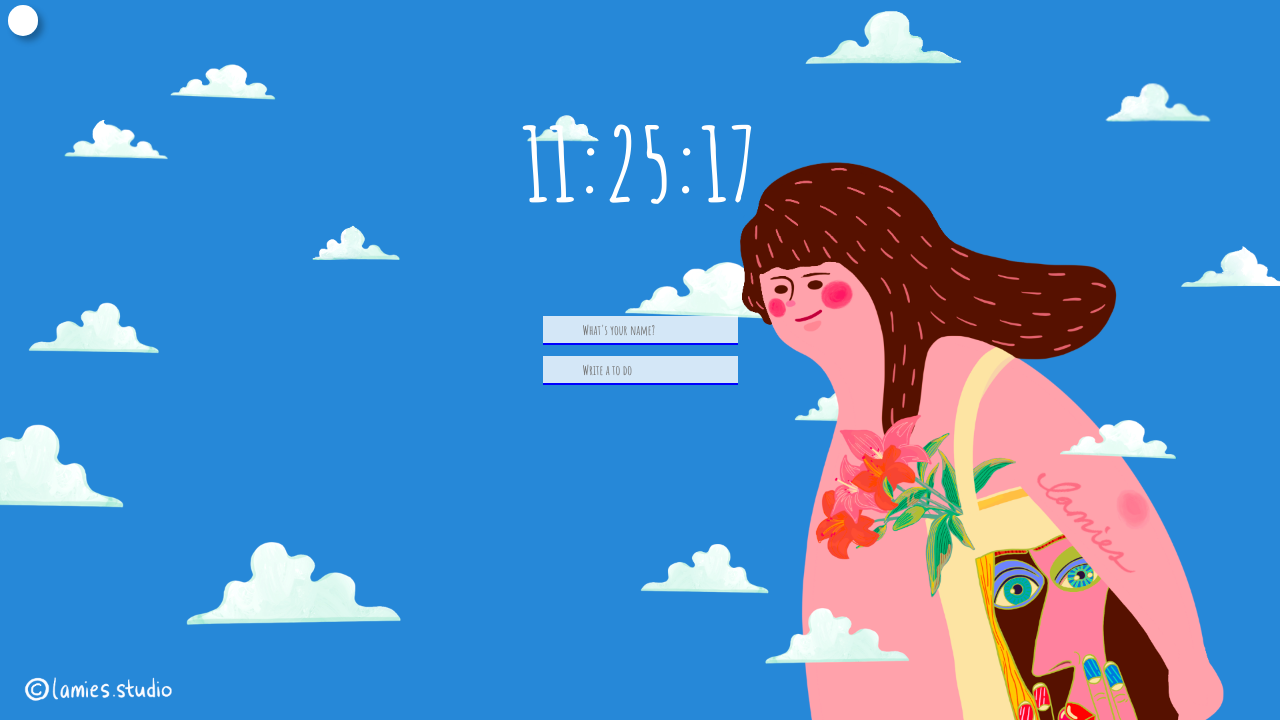
Repository: haleyjung/chrome_app
Page: index.html
The author's editor kept a copy of each file at every save. The page is drawn from the files as they stood at one save, then again after the next save.
The browser window is 1280 px wide. The pictures show the whole page.

Above is the page before, as saved 2020-11-23 16:21:21.

### index.html
<!DOCTYPE html>
<html lang="en">
<head>
    <meta charset="UTF-8" />
    <meta name="viewport" content="width=device-width, initial-scale=1.0">
    <title>Chrome App</title>
    <link rel="stylesheet" href="index.css">
</head>
<body>

    <div>
        <span class="js-weather"></span>
    </div>

    <main>
        <div class="js-clock">
            <h1>00:00</h1>
        </div>

        <div class="js-name name"></div>

        <div>
            <form class="js-form form">
                <input type="text" placeholder="What's your name?" />
            </form>
        </div>

        <h4 class="js-greetings greetings"></h4>

        <form class="js-toDoForm">
            <input type="text" placeholder="Write a to do" />
        </form>
        <ul class="js-toDoList">
        </ul>
    </main>

    <script src="js/clock.js"></script>
    <script src="js/greeting.js"></script>
    <script src="js/todo.js"></script>
    <script src="js/bg.js"></script>
    <script src="js/weather.js"></script>
</body>

### index.css
@import url("https://fonts.googleapis.com/css2?family=Amatic+SC:wght@400;700&display=swap");

* {
  font-family: "Amatic SC", cursive;
  font-weight: 700;
}

body {
  background-color: palevioletred;
  color: white;
  font-size: 20px;
}

main {
  display: flex;
  flex-direction: column;
  justify-content: center;
  align-items: center;
}

.js-weather {
  padding: 3px 15px;
  border-radius: 30px;
  font-weight: 400;
  color: rgba(0, 0, 0, 0.4);
  background-color: white;
  box-shadow: 5px 5px 6px 0px rgba(0, 0, 0, 0.3);
}

.js-weather:hover {
  cursor: default;
  color: red;
}

.js-clock {
  display: flex;
  justify-content: center;
  align-items: center;
  font-size: 50px;
}

.js-name {
  font-size: 40px;
  padding-bottom: 10px;
}

.js-form,
.js-toDoForm {
  background-color: none;
}

.btn {
  cursor: pointer;
}

input {
  border: none;
  outline: none;
  border-bottom: 2px solid blue;
  background-color: rgba(255, 255, 255, 0.8);
  padding: 5px 40px;
}

input[type="placeholder"] {
  text-align: center;
}

.form,
.greetings {
  display: none;
}

.showing {
  display: block;
}

@keyframes fadeIn {
  from {
    opacity: 0;
  }
  to {
    opacity: 1;
  }
}

.bgImage {
  position: absolute;
  top: 0;
  left: 0;
  width: 100%;
  height: 100%;
  z-index: -1;
  animation: fadeIn 0.5s linear;
}

### js/clock.js
const clockContainer = document.querySelector(".js-clock"),
    clockTitle = clockContainer.querySelector("h1");

function getTime() {
    const date = new Date();
    const minutes = date.getMinutes();
    const hours = date.getHours();
    const seconds = date.getSeconds();
    clockTitle.innerText = `${hours < 10 ? `0${hours}` : hours}:${
        minutes < 10 ? `0${minutes}` : minutes
    }:${seconds < 10 ? `0${seconds}` : seconds}`;
}

function init() {
    getTime();
    setInterval(getTime, 1000);
}

init();

### js/greeting.js
const nameContainer = document.querySelector(".js-name");

function paintName(name) {
    nameContainer.innerHTML = "";
    const title = document.createElement("span");
    title.className = "name__text";
    title.innerHTML = `Hello ${name}`;
    nameContainer.appendChild(title);
}

function handleSubmit(event) {
    event.preventDefault();
    const form = event.target;
    const input = form.querySelector("input");
    const value = input.value;
    localStorage.setItem("username", value);
    paintName(value);
}

function paintInput() {
    const input = document.createElement("input");
  input.placeholder = "What's your name?";
  input.type = "text";
  input.className = "name__input";
  const form = document.createElement("form");
  form.addEventListener("submit", handleSubmit);
  form.appendChild(input);
  nameContainer.appendChild(form);
}

function loadName(){
    const name = localStorage.getItem("username");
  if (name === null) {
    paintInput();
  } else {
    paintName(name);
  }
}

function init() {
    loadName();
}

init();

### js/todo.js
const toDoForm = document.querySelector(".js-toDoForm"),
    toDoInput = toDoForm.querySelector("input"),
    toDoList = document.querySelector(".js-toDoList");

const TODOS_LS = 'toDos';

let toDos = [];

function deleteToDo(event){
    const btn = event.target;
    const li = btn.parentNode;
    toDoList.removeChild(li);
    const cleanToDos = toDos.filter(function(toDo){
        return toDo.id !== parseInt(li.id);
    });
    toDos = cleanToDos
    saveToDos();
}

function saveToDos(){
    localStorage.setItem(TODOS_LS, JSON.stringify(toDos));
}

function paintToDo(text){
    const li = document.createElement("li");
    const delBtn = document.createElement("button");
    const span = document.createElement("span");
    const newId = toDos.length + 1;
    delBtn.innerText = "❌";
    delBtn.addEventListener("click", deleteToDo);
    span.innerText = text;
    li.appendChild(delBtn);
    li.appendChild(span);
    li.id = newId;
    toDoList.appendChild(li);
    const toDoObj = {
        text: text,
        id: newId
    };
    toDos.push(toDoObj);
    saveToDos();
}

function handleSubmit(event){
    event.preventDefault();
    const currentValue = toDoInput.value;
    paintToDo(currentValue);
    toDoInput.value = "";
}

function loadToDos() {
    const loadedToDos = localStorage.getItem(TODOS_LS);
    if(loadedToDos !== null){
        const parsedToDos = JSON.parse(loadedToDos);
        parsedToDos.forEach(function(toDo){
            paintToDo(toDo.text);
        });
    }
}

function init() {
    loadToDos();
    toDoForm.addEventListener("submit", handleSubmit)
}

init();

### js/bg.js
const body = document.querySelector("body");

const IMG_NUMBER = 4;

// If loading images from API, include the functions in these comments:
// function handleImgLoad(){
//     console.log('finished loading');
// }

function paintImage(imgNumber){
    const image = new Image();
    image.src = `/img/lamiesstudio-${imgNumber + 1}.png`;
    image.classList.add('bgImage');
    body.prepend(image);
    // image.addEventListener("loadend", handleImgLoad);
}

function genRandom(){
    const number = Math.floor(Math.random() * IMG_NUMBER);
    return number;
}

function init(){
    const randomNumber = genRandom();
    paintImage(randomNumber)
}

init();

### js/weather.js
const weather = document.querySelector(".js-weather");

const API_KEY = "1706261ffc689a5d0ffe73f0d2f8a925";
const COORDS = "coords";

function getWeather(lat, lng){
    fetch(`https://api.openweathermap.org/data/2.5/weather?lat=${lat}&lon=${lng}&appid=${API_KEY}&units=metric`
    ).then(function(response){
        return response.json();
    })
        .then(function(json){
        const temperature = json.main.temp;
        const place = json.name;
        weather.innerText = `${temperature}°C in ${place}`;
    });
}

function saveCoords(coordsObj){
    localStorage.setItem(COORDS, JSON.stringify(coordsObj));
}

function handleGeoSuccess(position){
    const latitude = position.coords.latitude;
    const longitude = position.coords.longitude;
    const coordsObj = {
        latitude,
        longitude
    };
    saveCoords(coordsObj);
    getWeather(latitude, longitude);
}

function handleGeoError(){
    console.log('Cant access geo location');
}

function askForCoords(){
    navigator.geolocation.getCurrentPosition(handleGeoSuccess, handleGeoError);
}

function loadCoords(){
    const loadedCoords = localStorage.getItem(COORDS);
    if(loadedCoords === null){
        askForCoords();
    } else {
        const parsedCoords = JSON.parse(loadedCoords);
        getWeather(parsedCoords.latitude, parsedCoords.longitude);
    }
}

function init(){
    loadCoords();
}

init();

After the next save:
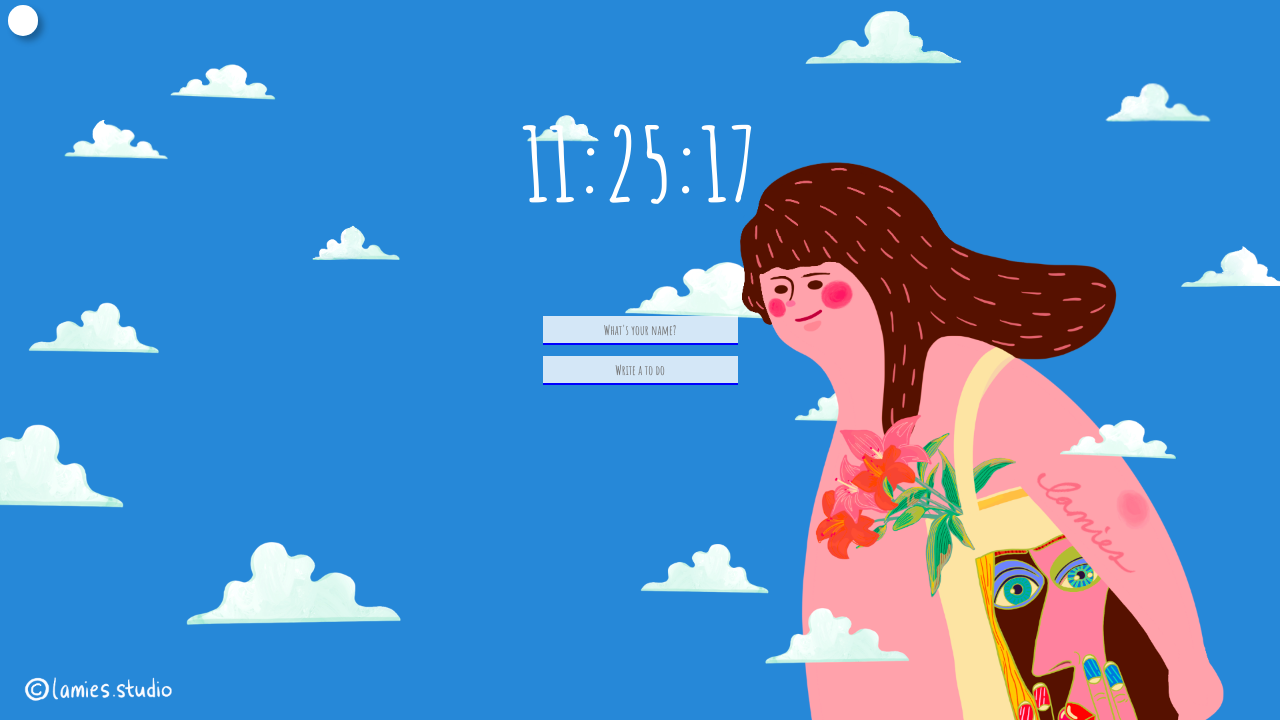
Saved 74 s later.
--- a/index.css
+++ b/index.css
@@ -61,7 +61,7 @@ input {
   padding: 5px 40px;
 }
 
-input[type="placeholder"] {
+input::placeholder {
   text-align: center;
 }
 
